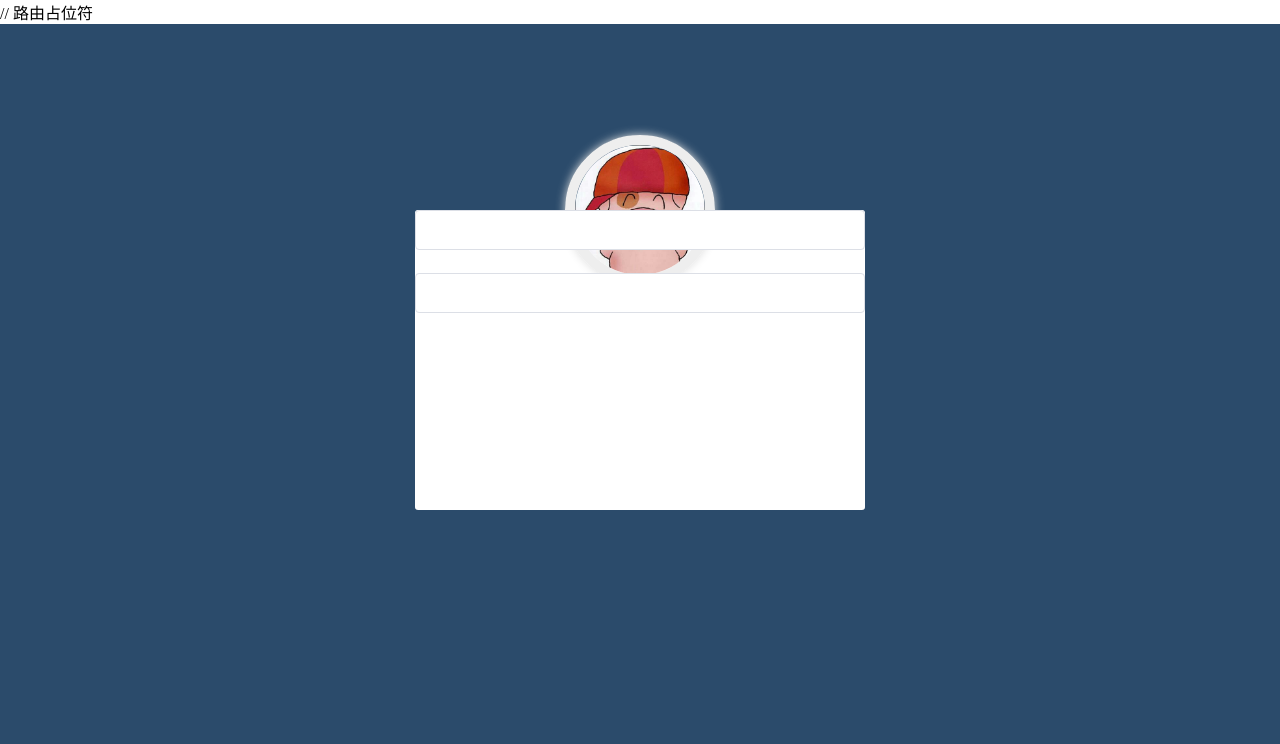
Repository: Japcy/onetwothree
Page: /
An editor plug-in stored every save of this project. The page is shown before and after the next save, followed by the edit.
The browser window is 1280 px wide. The pictures show the whole page.
The project was rebuilt for these pictures with package versions that can differ from the ones it lists, and the page was loaded fresh each time.

Above is the page before, as saved 2020-02-28 23:57:25.

### src/main.js
import Vue from 'vue'
import App from './App.vue'
import router from './router'
import './plugins/element.js'
// 导入全局样式表
import './assets/css/global.css'

Vue.config.productionTip = false

new Vue({
  router,
  render: h => h(App)
}).$mount('#app')

### src/App.vue
<template>
  <div id="app">
    // 路由占位符
    <router-view></router-view>
  </div>
</template>

<script>

export default {
  name: 'app',
  components: {
  }
}
</script>

<style>

</style>

### src/router/index.js
import Vue from 'vue'
import VueRouter from 'vue-router'
import Login from '../components/Login.vue'

Vue.use(VueRouter)

const routes = [
  {
    path: '/',
    redirect: '/login'
  },
  {
    path: '/login',
    component: Login
  }
]

const router = new VueRouter({
  routes
})

export default router

### src/components/Login.vue
<template>
  <div class="login">
    <div class="login-box">
      <div class="avatar">
        <img src="../assets/img/logo.jpg" alt />
      </div>
      <!-- 登录表单区 -->
      <div class="login-form">
        <el-form label-width="0px">
          <el-form-item>
            <el-input></el-input>
          </el-form-item>
          <el-form-item>
            <el-input></el-input>
          </el-form-item>
        </el-form>
      </div>
    </div>
  </div>
</template>

<script type="text/ecmascript-6">
export default {
  name: 'login',
  data () {
    return {}
  },
  components: {},
  methods: {}
}
</script>

<style lang="less" scoped>
.login {
  background-color: #2b4b6b;
  height: 100%;
}
.login-box {
  width: 450px;
  height: 300px;
  background-color: #fff;
  border-radius: 3px;
  position: absolute;
  left: 50%;
  top: 50%;
  transform: translate(-50%, -50%);

  .avatar {
    width: 130px;
    height: 130px;
    border: 10px solid #eee;
    border-radius: 50%;
    overflow: hidden;
    box-shadow: 0 0 10px #ddd;
    position: absolute;
    left: 50%;
    transform: translate(-50%, -50%);

    img {
      width: 100%;
      height: auto;
    }
  }
}
</style>

Loaded but not shown: public/index.html (common file); src/plugins/element.js (common file); src/assets/css/global.css (common file)

After the next save:
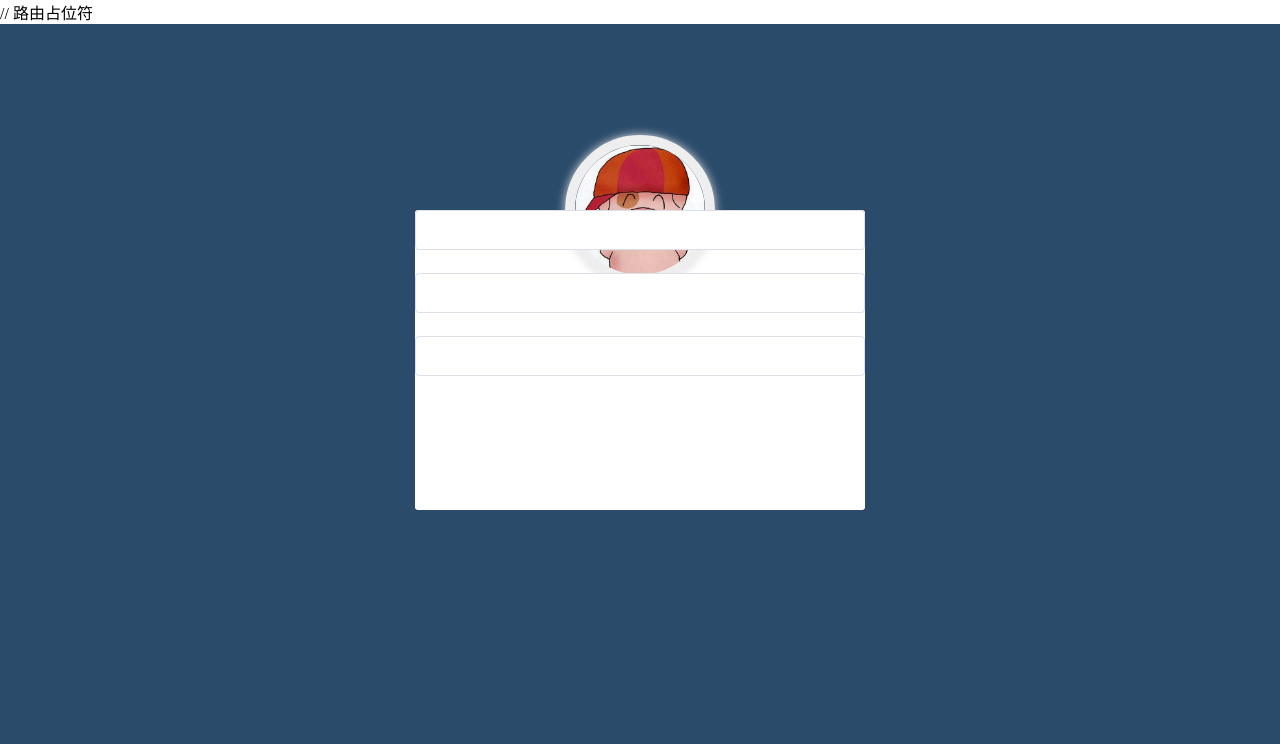
Saved 30 s later.
--- a/src/components/Login.vue
+++ b/src/components/Login.vue
@@ -7,6 +7,11 @@
       <!-- 登录表单区 -->
       <div class="login-form">
         <el-form label-width="0px">
+          <!-- 用户名 -->
+          <el-form-item>
+            <el-input></el-input>
+          </el-form-item>
+          <!-- 密码 -->
           <el-form-item>
             <el-input></el-input>
           </el-form-item>
